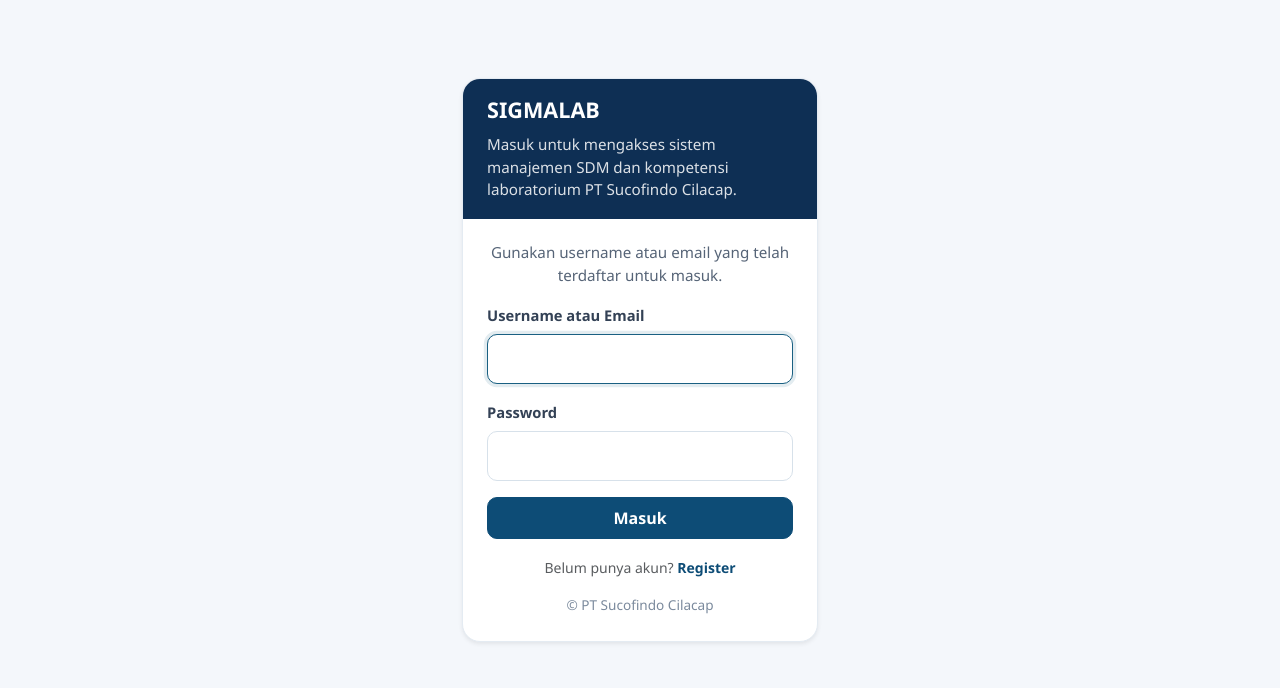
Repository: amelianeesa/sigmalab
Page: http://localhost/login
These files come from the project's save history. The page is drawn as it stood at one moment and after the next save; the edit follows.
The browser window is 1280 px wide. The pictures show the whole page.
The page is served by the project's Laravel application, run on PHP 8.4 with Laravel 12. Other server files are loaded and not shown.

Above is the page before, as saved 2026-08-06 08:42:08.

### routes/web.php
<?php

use Illuminate\Support\Facades\Route;
use App\Http\Controllers\AuthController;
use App\Http\Controllers\SdmController;

Route::get('/', [AuthController::class, 'showLogin']);
Route::get('/login', [AuthController::class, 'showLogin'])->name('login');
Route::post('/login', [AuthController::class, 'processLogin'])->name('login.process');

Route::get('/register', [AuthController::class, 'showRegister'])->name('register');
Route::post('/register', [AuthController::class, 'processRegister'])->name('register.process');

Route::post('/logout', [AuthController::class, 'logout'])->name('logout');

Route::middleware(['auth'])->group(function () {

    Route::get('/dashboard', function () {
        return view('dashboard-index');
    })->name('dashboard');

    Route::get('/sdm', [SdmController::class, 'index'])->name('sdm.index');
    Route::get('/sdm/create', [SdmController::class, 'create'])->name('sdm.create');
    Route::post('/sdm', [SdmController::class, 'store'])->name('sdm.store');
    Route::get('/sdm/{id}/edit', [SdmController::class, 'edit'])->name('sdm.edit');
    Route::put('/sdm/{id}', [SdmController::class, 'update'])->name('sdm.update');
    Route::delete('/sdm/{id}', [SdmController::class, 'destroy'])->name('sdm.destroy');

    Route::get('/sdm/{id}/kompetensi', [SdmController::class, 'kompetensiDetail'])->name('sdm.kompetensi.detail');
    Route::get('/sdm/{id}/cv', [SdmController::class, 'showCv'])->name('sdm.cv');
});

### app/Http/Controllers/AuthController.php
<?php

namespace App\Http\Controllers;

use Illuminate\Http\Request;
use Illuminate\Support\Facades\Auth;
use Illuminate\Support\Facades\Hash;
use App\Models\User;
use App\Models\Role;
use App\Models\Personil;

class AuthController extends Controller
{
    public function showLogin()
    {
        return view('auth.login');
    }

    public function processLogin(Request $request)
    {
        $credentials = $request->validate([
            'username' => ['required'],
            'password' => ['required'],
        ]);

        $fieldType = filter_var($request->username, FILTER_VALIDATE_EMAIL) ? 'email' : 'username';

        if (Auth::attempt([$fieldType => $request->username, 'password' => $request->password])) {
            $user = Auth::user();
            if ($user->status_aktif == 1) {
                $request->session()->regenerate();
                return redirect()->intended('/dashboard');
            } else {
                Auth::logout();
                return back()->withErrors(['username' => 'Akun Anda non-aktif. Hubungi Admin.']);
            }
        }

        return back()->withErrors(['username' => 'Username/Email atau Password salah.']);
    }

    public function showRegister()
    {
        $roles = Role::all();
        $personil = Personil::all();
        return view('auth.register', compact('roles', 'personil'));
    }

    public function processRegister(Request $request)
    {
        $request->validate([
            'username'    => 'required|string|max:50|unique:users',
            'email'       => 'required|string|email|max:100|unique:users',
            'password'    => 'required|string|min:6',
            'role_id'     => 'required|exists:roles,roles_id',
            'personil_id' => 'nullable|exists:personil,personil_id', // Ditambahkan validasi aman
        ]);

        User::create([
            'personil_id' => !empty($request->personil_id) ? $request->personil_id : null,
            'username'    => $request->username,
            'email'       => $request->email,
            'password'    => Hash::make($request->password),
            'role_id'     => $request->role_id,
            'status_aktif'=> 1
        ]);

        return redirect('/login')->with('success', 'Registrasi berhasil! Silakan login.');
    }

    public function logout(Request $request)
    {
        Auth::logout();
        $request->session()->invalidate();
        $request->session()->regenerateToken();
        return redirect('/login');
    }
}

### resources/views/auth/login.blade.php
<!DOCTYPE html>
<html lang="id">
<head>
    <meta charset="UTF-8">
    <title>Login - SIGMALAB Sucofindo</title>
    <link href="https://cdn.jsdelivr.net/npm/bootstrap@5.3.0/dist/css/bootstrap.min.css" rel="stylesheet">
    <style>
        body {
            min-height: 100vh;
            margin: 0;
            background-color: #f4f7fb;
            color: #1f2a37;
            font-family: "Segoe UI", Arial, sans-serif;
        }

        .auth-card {
            border: 1px solid #e4ebf2;
            border-radius: 18px;
            box-shadow: 0 10px 28px rgba(15, 35, 59, 0.06);
            overflow: hidden;
            max-width: 420px;
            margin: auto;
            background: #ffffff;
        }

        .auth-header {
            background-color: #0e2f54;
            color: #fff;
            padding: 1.1rem 1.5rem;
            text-align: left;
        }

        .auth-header h3 {
            font-size: 1.35rem;
            margin: 0;
            font-weight: 700;
        }

        .auth-header p {
            margin: 0.65rem 0 0;
            opacity: 0.85;
            font-size: 0.95rem;
            line-height: 1.5;
        }

        .auth-body {
            padding: 1.4rem 1.5rem 1.6rem;
        }

        .auth-subtitle {
            color: #566477;
            font-size: 0.95rem;
            margin-bottom: 1rem;
            line-height: 1.5;
        }

        .form-label {
            color: #334155;
            font-size: 0.92rem;
            font-weight: 600;
        }

        .form-control,
        .form-select {
            border: 1px solid #d7e1ea;
            border-radius: 10px;
            padding: 0.75rem 0.9rem;
            color: #1f2a37;
            background-color: #ffffff;
        }

        .form-control:focus,
        .form-select:focus {
            border-color: #1a6082;
            box-shadow: 0 0 0 0.2rem rgba(26, 96, 130, 0.12);
        }

        .btn-auth {
            background: #0d4c76;
            border: 1px solid #0d4c76;
            border-radius: 10px;
            padding: 0.85rem 1rem;
            font-weight: 700;
            color: #ffffff;
            transition: all 0.2s ease;
        }

        .btn-auth:hover {
            background: #0b3d5d;
            border-color: #0b3d5d;
        }

        .auth-link {
            color: #0d4c76;
            font-weight: 600;
            text-decoration: none;
        }

        .auth-link:hover {
            color: #0b3d5d;
            text-decoration: underline;
        }

        .auth-footer {
            margin-top: 1rem;
            color: #7b8a9d;
            font-size: 0.85rem;
            text-align: center;
        }
    </style>
</head>
<body class="d-flex align-items-center py-4">
    <div class="container">
        <div class="row justify-content-center">
            <div class="col-md-4">
                <div class="card auth-card shadow-sm">
                        <div class="auth-header">
                            <h3>SIGMALAB</h3>
                            <p>Masuk untuk mengakses sistem manajemen SDM dan kompetensi laboratorium PT Sucofindo Cilacap.</p>
                        </div>
                        <div class="card-body auth-body">
                            <p class="auth-subtitle text-center">Gunakan username atau email yang telah terdaftar untuk masuk.</p>
                        @if(session('success'))
                            <div class="alert alert-success rounded-3">{{ session('success') }}</div>
                        @endif
                        @if($errors->any())
                            <div class="alert alert-danger rounded-3">{{ $errors->first() }}</div>
                        @endif

                        <form action="{{ route('login.process') }}" method="POST">
                            @csrf
                            <div class="mb-3">
                                <label class="form-label fw-semibold">Username atau Email</label>
                                <input type="text" name="username" class="form-control" value="{{ old('username') }}" required autofocus>
                            </div>
                            <div class="mb-3">
                                <label class="form-label fw-semibold">Password</label>
                                <input type="password" name="password" class="form-control" required>
                            </div>
                            <button type="submit" class="btn btn-auth w-100 py-2">Masuk</button>
                        </form>
                        <div class="text-center mt-3">
                            <small class="text-muted">Belum punya akun? <a href="{{ route('register') }}" class="auth-link">Register</a></small>
                        </div>
                        <div class="auth-footer">© PT Sucofindo Cilacap</div>
                    </div>
                </div>
            </div>
        </div>
    </div>
</body>
</html>

Loaded but not shown: app/Http/Controllers/Controller.php (common file)

After the next save:
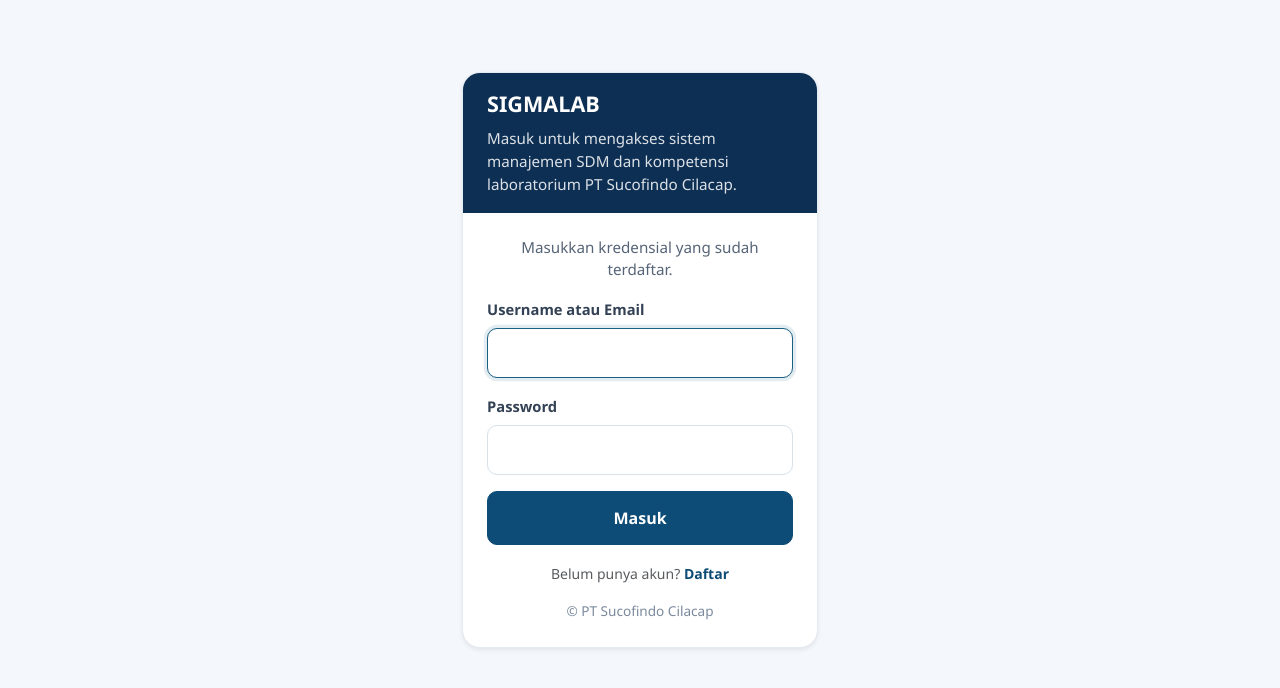
Saved 10 s later.
--- a/resources/views/auth/login.blade.php
+++ b/resources/views/auth/login.blade.php
@@ -114,12 +114,13 @@
         <div class="row justify-content-center">
             <div class="col-md-4">
                 <div class="card auth-card shadow-sm">
-                        <div class="auth-header">
-                            <h3>SIGMALAB</h3>
-                            <p>Masuk untuk mengakses sistem manajemen SDM dan kompetensi laboratorium PT Sucofindo Cilacap.</p>
-                        </div>
-                        <div class="card-body auth-body">
-                            <p class="auth-subtitle text-center">Gunakan username atau email yang telah terdaftar untuk masuk.</p>
+                    <div class="auth-header">
+                        <h3>SIGMALAB</h3>
+                        <p>Masuk untuk mengakses sistem manajemen SDM dan kompetensi laboratorium PT Sucofindo Cilacap.</p>
+                    </div>
+                    <div class="card-body auth-body">
+                        <p class="auth-subtitle text-center">Masukkan kredensial yang sudah terdaftar.</p>
+
                         @if(session('success'))
                             <div class="alert alert-success rounded-3">{{ session('success') }}</div>
                         @endif
@@ -130,20 +131,22 @@
                         <form action="{{ route('login.process') }}" method="POST">
                             @csrf
                             <div class="mb-3">
-                                <label class="form-label fw-semibold">Username atau Email</label>
+                                <label class="form-label">Username atau Email</label>
                                 <input type="text" name="username" class="form-control" value="{{ old('username') }}" required autofocus>
                             </div>
                             <div class="mb-3">
-                                <label class="form-label fw-semibold">Password</label>
+                                <label class="form-label">Password</label>
                                 <input type="password" name="password" class="form-control" required>
                             </div>
-                            <button type="submit" class="btn btn-auth w-100 py-2">Masuk</button>
+                            <button type="submit" class="btn btn-auth w-100">Masuk</button>
                         </form>
+
                         <div class="text-center mt-3">
-                            <small class="text-muted">Belum punya akun? <a href="{{ route('register') }}" class="auth-link">Register</a></small>
+                            <small class="text-muted">Belum punya akun? <a href="{{ route('register') }}" class="auth-link">Daftar</a></small>
                         </div>
                         <div class="auth-footer">© PT Sucofindo Cilacap</div>
                     </div>
+                </div>
                 </div>
             </div>
         </div>
